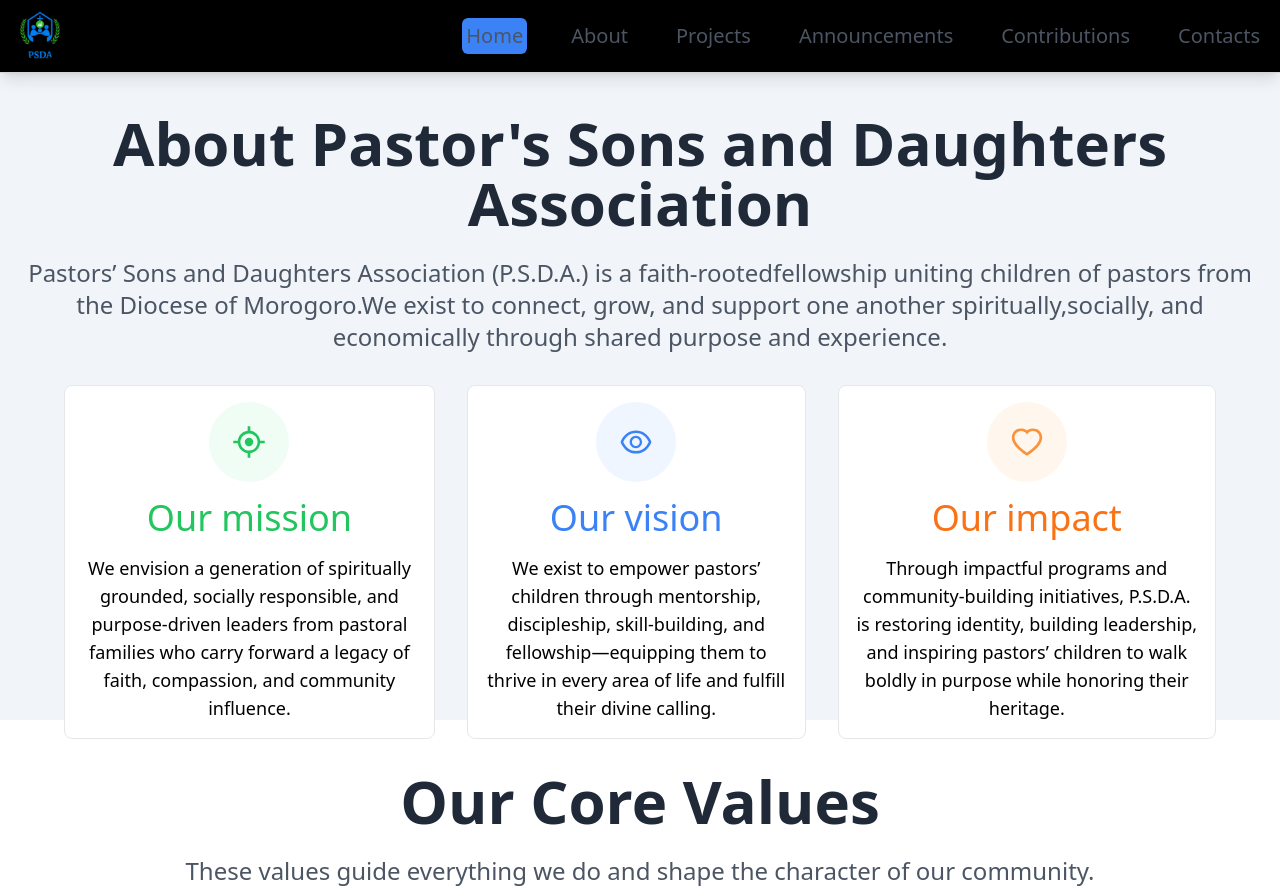
Repository: Zedestar/psda
Page: /about
An editor plug-in stored every save of this project. The page is shown before and after the next save, followed by the edit.
The browser window is 1280 px wide. The pictures show the whole page.
The project was rebuilt for these pictures with package versions that can differ from the ones it lists, and the page was loaded fresh each time. Also part of the build but not shown: src/pages/home/home.jsx, src/pages/projects/projects.jsx, src/pages/announcements/announcements.jsx, src/pages/contirbutions/contributions.jsx, src/pages/contacts/contacts.jsx.

Above is the page before, as saved 2025-07-18 20:56:09.

After the next save:
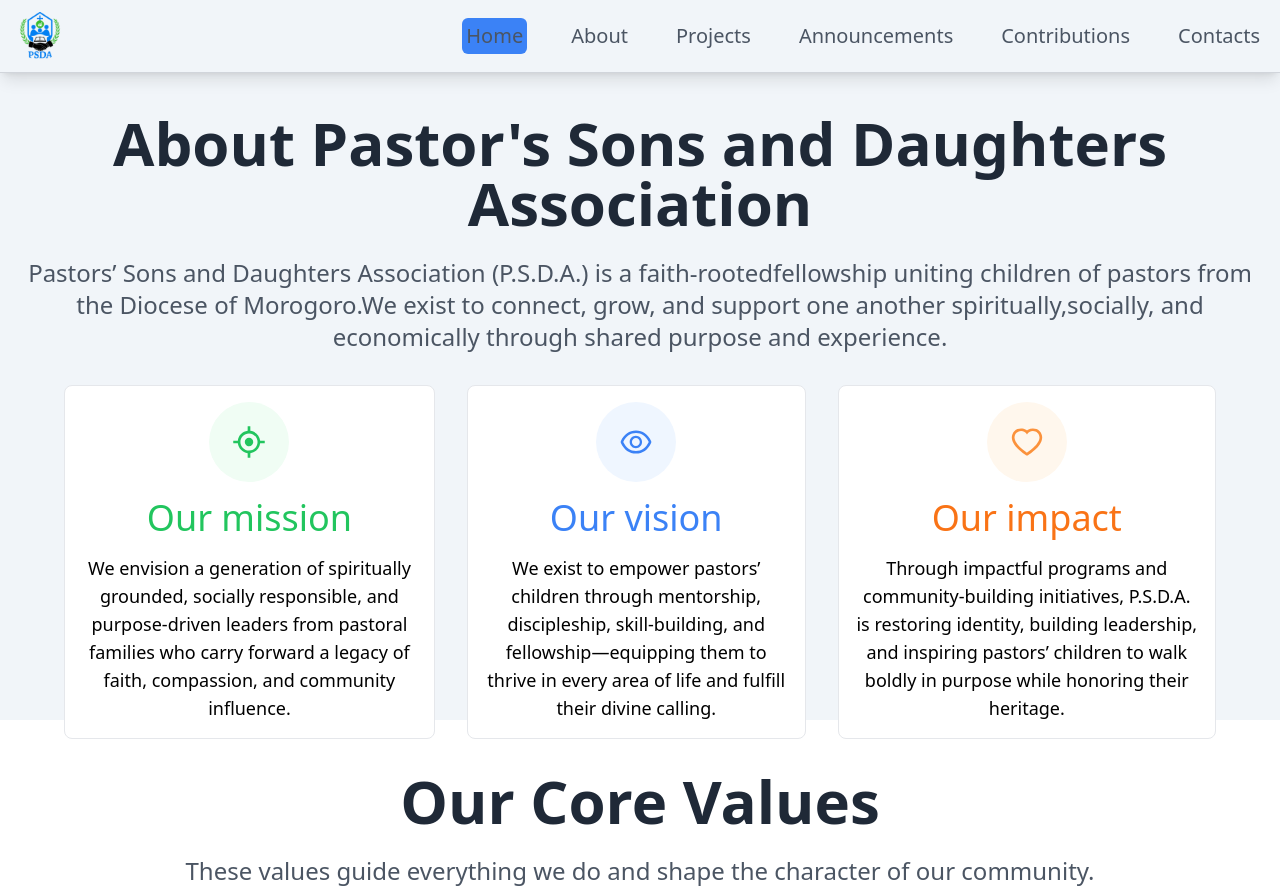
Saved 16 s later.
--- a/src/components/header/header.jsx
+++ b/src/components/header/header.jsx
@@ -6,8 +6,8 @@ import psdaImage from "../../assets/images/psdaImage.png";
 function Header() {
   const [active, setActive] = useState(1);
   return (
-    <div className="w-full flex justify-center bg-red-300">
-      <header className="w-full flex items-center justify-between px-4 py-3 border-b border-b-gray-300 shadow-lg max-w-screen-2xl bg-black">
+    <div className="w-full flex justify-center ">
+      <header className="w-full flex items-center justify-between px-4 py-3 border-b border-b-gray-300 shadow-lg max-w-screen-2xl">
         <div className="text-3xl rounded-full overflow-hidden">
           <img className="h-12 w-12" src={psdaImage} alt="" />
         </div>{" "}
